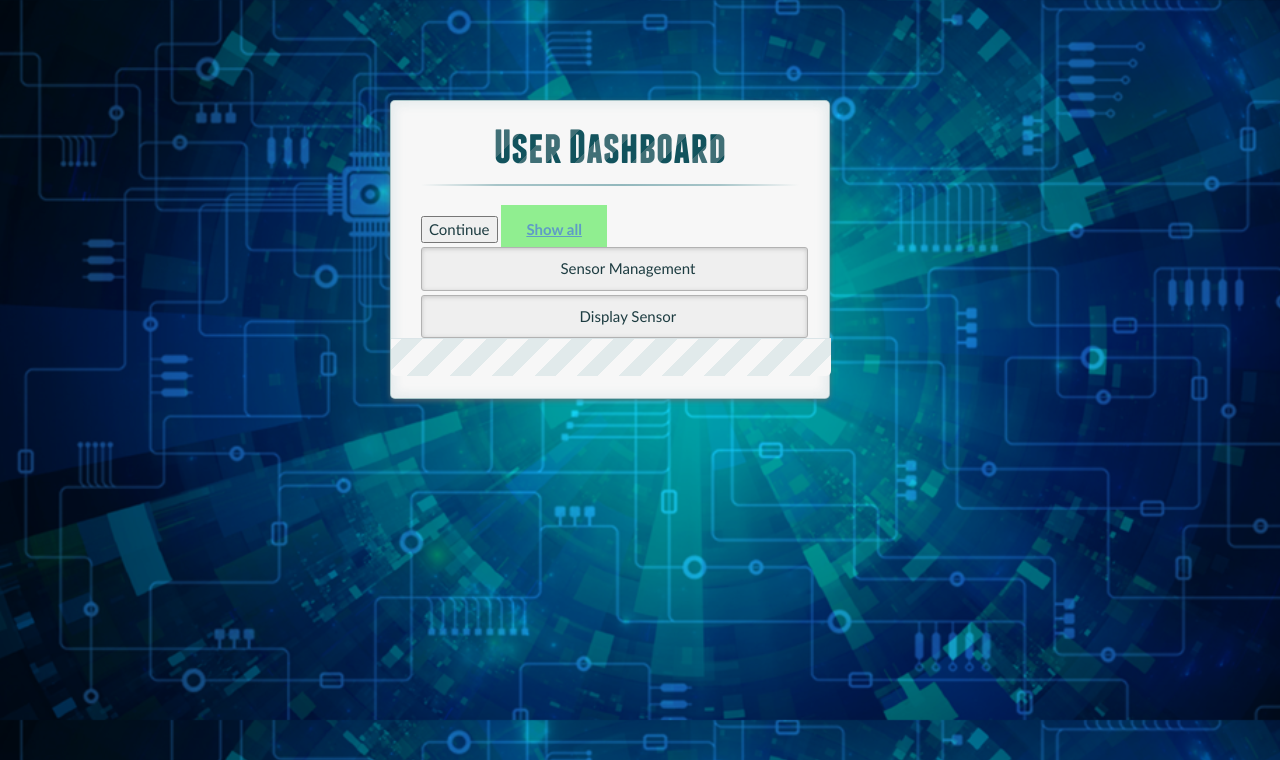
Repository: SharatNH/281mainproject
Page: sensorcloud/WebContent/menu.html
These files come from the project's save history. The page is drawn as it stood at one moment and after the next save; the edit follows.
The browser window is 1280 px wide. The pictures show the whole page.
Some web fonts or font styles are not loaded; a fallback is used.

Above is the page before, as saved 2016-05-17 20:35:34.

### sensorcloud/WebContent/menu.html
<!DOCTYPE html>
<html>
<head>
<meta charset="ISO-8859-1">
<title>Sensors</title>

       <!-- Bootstrap Core CSS -->
    <link rel="stylesheet" href="css/bootstrap.min.css" type="text/css">

    <!-- Custom Fonts -->
    <link href='http://fonts.googleapis.com/css?family=Open+Sans:300italic,400italic,600italic,700italic,800italic,400,300,600,700,800' rel='stylesheet' type='text/css'>
    <link href='http://fonts.googleapis.com/css?family=Merriweather:400,300,300italic,400italic,700,700italic,900,900italic' rel='stylesheet' type='text/css'>
    <link rel="stylesheet" href="font-awesome/css/font-awesome.min.css" type="text/css">
<link rel="stylesheet" href="css/creative.css" type="text/css">
        <link rel="stylesheet" type="text/css" href="css/demo.css" />
        <link rel="stylesheet" type="text/css" href="css/style.css" />
        <link rel="stylesheet" type="text/css" href="css/animate-custom.css" />
</head>
<body style="background-image:url('images/background.png');background-size: cover;">
<section>
    <div id="container_demo" >
        <div id="wrapper">
            <div id="login" class="animate form">
               <form  autocomplete="on" >
                    <h1>User Dashboard</h1>
                    <button onclick="window.location.href='/sensormanagement.html'">Continue</button>
       			<a href="sensormanagement.html"
		style="align: center; cursor: pointer; background-color: lightgreen; padding: 15px 25px;">
		<b>Show all</b>
	</a>
                    <input  type="submit" onClick="location.href='sensormanagement.html'" value="Sensor Management" class="login button" />
                    <input  type="submit"  name="display" value="Display Sensor" class="login button" />
                    <p class="change_link"></p>
                </form>
            </div>
        </div>
    </div>
</section>

</body>
<script type="text/javascript">





</script>
</html>

### sensorcloud/WebContent/css/demo.css
@font-face {
    font-family: 'BebasNeueRegular';
    src: url('fonts/BebasNeue-webfont.eot');
    src: url('fonts/BebasNeue-webfont.eot?#iefix') format('embedded-opentype'),
         url('fonts/BebasNeue-webfont.woff') format('woff'),
         url('fonts/BebasNeue-webfont.ttf') format('truetype'),
         url('fonts/BebasNeue-webfont.svg#BebasNeueRegular') format('svg');
    font-weight: normal;
    font-style: normal;
}
/* CSS reset */
body,div,dl,dt,dd,ul,ol,li,h1,h2,h3,h4,h5,h6,pre,form,fieldset,input,textarea,p,blockquote,th,td {
	margin:0;
	padding:0;
}
html,body {
	margin:0;
	padding:0;
	height: 100%;
}
table {
	border-collapse:collapse;
	border-spacing:0;
}
fieldset,img {
	border:0;
}
address,caption,cite,code,dfn,th,var {
	font-style:normal;
	font-weight:normal;
}
ol,ul {
	list-style:none;
}
caption,th {
	text-align:left;
}
h1,h2,h3,h4,h5,h6 {
	font-size:100%;
	font-weight:normal;
}
q:before,q:after {
	content:'';
}
abbr,acronym { border:0;
}
article, aside, details, figcaption, figure,
footer, header, hgroup, menu, nav, section {
	display: block;
}
/* General Demo Style */
body{
	font-family: Cambria, Palatino, "Palatino Linotype", "Palatino LT STD", Georgia, serif;
	background: #fff url(../images/bg.jpg) repeat top left;
	font-weight: 400;
	font-size: 15px;
	color: #1d3c41;
	overflow-y: scroll;
}
a{
	color: #333;
	text-decoration: none;
}
.container{
	width: 100%;
	height: 100%;
	position: relative;
	text-align: center;
}
.clr{
	clear: both;
}
.container > header{
	padding: 20px 30px 10px 30px;
	margin: 0px 20px 10px 20px;
	position: relative;
	display: block;
	text-shadow: 1px 1px 1px rgba(0,0,0,0.2);
    text-align: center;
}
.container > header h1{
	font-family: 'BebasNeueRegular', 'Arial Narrow', Arial, sans-serif;
	font-size: 35px;
	line-height: 35px;
	position: relative;
	font-weight: 400;
	color: rgba(26,89,120,0.9);
	text-shadow: 1px 1px 1px rgba(0,0,0,0.1);
    padding: 0px 0px 5px 0px;
}
.container > header h1 span{
	color: #7cbcd6;
	text-shadow: 0px 1px 1px rgba(255,255,255,0.8);
}
.container > header h2{
	font-size: 16px;
	font-style: italic;
	color: #2d6277;
	text-shadow: 0px 1px 1px rgba(255,255,255,0.8);
}
/* Header Style */
.codrops-top{
	line-height: 24px;
	font-size: 11px;
	background: rgba(255, 255, 255, 0.4);
	text-transform: uppercase;
	z-index: 9999;
	position: relative;
	box-shadow: 1px 0px 2px rgba(0,0,0,0.2);
}
.codrops-top a{
	padding: 0px 10px;
	letter-spacing: 1px;
	color: #333;
	text-shadow: 0px 1px 1px #fff;
	display: block;
	float: left;
}
.codrops-top a:hover{
	background: #fff;
}
.codrops-top span.right{
	float: right;
}
.codrops-top span.right a{
	float: left;
	display: block;
}

.codrops-demos{
	text-align:center;
	display: block;
	padding: 14px;
}
.codrops-demos span{
	display: inline-block;
	padding-right: 15px;
	text-shadow: 1px 1px 1px rgba(255, 255, 255, 0.8);
}
.codrops-demos a,
.codrops-demos a.current-demo,
.codrops-demos a.current-demo:hover{
    display: inline-block;
	font-style: italic;
	font-size: 12px;
	padding: 3px 5px;
	margin: 0px 3px;
	font-weight: 800;
	box-shadow: 1px 1px 1px rgba(0,0,0,0.05) inset;
	color: #fff;
	text-shadow: 1px 1px 1px rgba(0,0,0,0.1);
	background: rgba(104,171,194,0.5);
}
.codrops-demos a:hover{
	background: #4fa2c4;
}
.codrops-demos a.current-demo,
.codrops-demos a.current-demo:hover{
	color: rgba(104,171,194,1);
	background: rgba(255,255,255,0.9);
	box-shadow: 0px 1px 1px rgba(0,0,0,0.1);
}

### sensorcloud/WebContent/css/style.css
/* remove codrops styles and reset the whole thing */
#container_demo{
	 text-align: left;
	 margin: 0;
	 padding: 0;
	 margin: 0 auto;
	 font-family: "Trebuchet MS","Myriad Pro",Arial,sans-serif;
}

/** fonts used for the icons **/
@font-face {
    font-family: 'FontomasCustomRegular';
    src: url('fonts/fontomas-webfont.eot');
    src: url('fonts/fontomas-webfont.eot?#iefix') format('embedded-opentype'),
         url('fonts/fontomas-webfont.woff') format('woff'),
         url('fonts/fontomas-webfont.ttf') format('truetype'),
         url('fonts/fontomas-webfont.svg#FontomasCustomRegular') format('svg');
    font-weight: normal;
    font-style: normal;
}
@font-face {
    font-family: 'FranchiseRegular';
    src: url('fonts/franchise-bold-webfont.eot');
    src: url('fonts/franchise-bold-webfont.eot?#iefix') format('embedded-opentype'),
         url('fonts/franchise-bold-webfont.woff') format('woff'),
         url('fonts/franchise-bold-webfont.ttf') format('truetype'),
         url('fonts/franchise-bold-webfont.svg#FranchiseRegular') format('svg');
    font-weight: normal;
    font-style: normal;

}
a.hiddenanchor{
	display: none;
}
/** The wrapper that will contain our two forms **/
#wrapper{
	width: 60%;
	right: 0px;
	min-height: 560px;
	margin: 0px auto;
	width: 500px;
	position: relative;
}
/**** Styling the form elements **/

/**** general text styling ****/
#wrapper a{
	color: rgb(95, 155, 198);
	text-decoration: underline;
}

#wrapper h1,h3{
	font-size: 48px;
	color: rgb(6, 106, 117);
	padding: 2px 0 10px 0;
	font-family: 'FranchiseRegular','Arial Narrow',Arial,sans-serif;
	font-weight: bold;
	text-align: center;
	padding-bottom: 30px;
}
/** For the moment only webkit supports the background-clip:text; */
#wrapper h1,h3{
    background: -webkit-repeating-linear-gradient(-45deg,
	rgb(18, 83, 93) ,
	rgb(18, 83, 93) 20px,
	rgb(64, 111, 118) 20px,
	rgb(64, 111, 118) 40px,
	rgb(18, 83, 93) 40px);
	-webkit-text-fill-color: transparent;
	-webkit-background-clip: text;
}
#wrapper h1:after{
	content: ' ';
	display: block;
	width: 100%;
	height: 2px;
	margin-top: 10px;
	background: -moz-linear-gradient(left, rgba(147,184,189,0) 0%, rgba(147,184,189,0.8) 20%, rgba(147,184,189,1) 53%, rgba(147,184,189,0.8) 79%, rgba(147,184,189,0) 100%);
	background: -webkit-gradient(linear, left top, right top, color-stop(0%,rgba(147,184,189,0)), color-stop(20%,rgba(147,184,189,0.8)), color-stop(53%,rgba(147,184,189,1)), color-stop(79%,rgba(147,184,189,0.8)), color-stop(100%,rgba(147,184,189,0)));
	background: -webkit-linear-gradient(left, rgba(147,184,189,0) 0%,rgba(147,184,189,0.8) 20%,rgba(147,184,189,1) 53%,rgba(147,184,189,0.8) 79%,rgba(147,184,189,0) 100%);
	background: -o-linear-gradient(left, rgba(147,184,189,0) 0%,rgba(147,184,189,0.8) 20%,rgba(147,184,189,1) 53%,rgba(147,184,189,0.8) 79%,rgba(147,184,189,0) 100%);
	background: -ms-linear-gradient(left, rgba(147,184,189,0) 0%,rgba(147,184,189,0.8) 20%,rgba(147,184,189,1) 53%,rgba(147,184,189,0.8) 79%,rgba(147,184,189,0) 100%);
	background: linear-gradient(left, rgba(147,184,189,0) 0%,rgba(147,184,189,0.8) 20%,rgba(147,184,189,1) 53%,rgba(147,184,189,0.8) 79%,rgba(147,184,189,0) 100%);
}

#wrapper p{
	margin-bottom:15px;
}
#wrapper p:first-child{
	margin: 0px;
}
#wrapper label{
	color: rgb(64, 92, 96);
	position: relative;
}

/**** advanced input styling ****/
/* placeholder */
::-webkit-input-placeholder  {
	color: rgb(190, 188, 188);
	font-style: italic;
}
input:-moz-placeholder,
textarea:-moz-placeholder{
	color: rgb(190, 188, 188);
	font-style: italic;
}
input {
  outline: none;
}

/* all the input except submit and checkbox */
#wrapper input:not([type="checkbox"]){
	width: 92%;
	margin-top: 4px;
	padding: 10px 5px 10px 32px;
	border: 1px solid rgb(178, 178, 178);
	-webkit-appearance: textfield;
	-webkit-box-sizing: content-box;
	  -moz-box-sizing : content-box;
	       box-sizing : content-box;
	-webkit-border-radius: 3px;
	   -moz-border-radius: 3px;
	        border-radius: 3px;
	-webkit-box-shadow: 0px 1px 4px 0px rgba(168, 168, 168, 0.6) inset;
	   -moz-box-shadow: 0px 1px 4px 0px rgba(168, 168, 168, 0.6) inset;
	        box-shadow: 0px 1px 4px 0px rgba(168, 168, 168, 0.6) inset;
	-webkit-transition: all 0.2s linear;
	   -moz-transition: all 0.2s linear;
	     -o-transition: all 0.2s linear;
	        transition: all 0.2s linear;
}
#wrapper input:not([type="checkbox"]):active,
#wrapper input:not([type="checkbox"]):focus{
	border: 1px solid rgba(91, 90, 90, 0.7);
	background: rgba(238, 236, 240, 0.2);
	-webkit-box-shadow: 0px 1px 4px 0px rgba(168, 168, 168, 0.9) inset;
	   -moz-box-shadow: 0px 1px 4px 0px rgba(168, 168, 168, 0.9) inset;
	        box-shadow: 0px 1px 4px 0px rgba(168, 168, 168, 0.9) inset;
}

/** the magic icon trick ! **/
[data-icon]:after {
    content: attr(data-icon);
    font-family: 'FontomasCustomRegular';
    color: rgb(106, 159, 171);
    position: absolute;
    left: 10px;
    top: 35px;
	width: 30px;
}

/*styling both submit buttons */
#wrapper p.button input{
	    position: relative;
    left: 250px;
	width: 30%;
	cursor: pointer;
	background: rgb(61, 157, 179);
	padding: 8px 5px;
	font-family: 'BebasNeueRegular','Arial Narrow',Arial,sans-serif;
	color: #fff;
	font-size: 24px;
	border: 1px solid rgb(28, 108, 122);
	margin-bottom: 10px;
	text-shadow: 0 1px 1px rgba(0, 0, 0, 0.5);
	-webkit-border-radius: 3px;
	   -moz-border-radius: 3px;
	        border-radius: 3px;
	-webkit-box-shadow: 0px 1px 6px 4px rgba(0, 0, 0, 0.07) inset,
	        0px 0px 0px 3px rgb(254, 254, 254),
	        0px 5px 3px 3px rgb(210, 210, 210);
	   -moz-box-shadow:0px 1px 6px 4px rgba(0, 0, 0, 0.07) inset,
	        0px 0px 0px 3px rgb(254, 254, 254),
	        0px 5px 3px 3px rgb(210, 210, 210);
	        box-shadow:0px 1px 6px 4px rgba(0, 0, 0, 0.07) inset,
	        0px 0px 0px 3px rgb(254, 254, 254),
	        0px 5px 3px 3px rgb(210, 210, 210);
	-webkit-transition: all 0.2s linear;
	   -moz-transition: all 0.2s linear;
	     -o-transition: all 0.2s linear;
	        transition: all 0.2s linear;
}
#wrapper p.button input:hover{
	background: rgb(74, 179, 198);
}
#wrapper p.button input:active,
#wrapper p.button input:focus{
	background: rgb(40, 137, 154);
	position: relative;
	top: 1px;
	border: 1px solid rgb(12, 76, 87);
	-webkit-box-shadow: 0px 1px 6px 4px rgba(0, 0, 0, 0.2) inset;
	   -moz-box-shadow: 0px 1px 6px 4px rgba(0, 0, 0, 0.2) inset;
	        box-shadow: 0px 1px 6px 4px rgba(0, 0, 0, 0.2) inset;
}
p.add.button,
p.signin.button{
	text-align: right;
	margin: 5px 0;
}




/*styling the links to change from one form to another */

p.change_link{
	position: absolute;
	color: rgb(127, 124, 124);
	left: 0px;
	height: 20px;
	width: 440px;
	padding: 17px 30px 20px 30px;
	font-size: 16px	;
	text-align: right;
	border-top: 1px solid rgb(219, 229, 232);
	-webkit-border-radius: 0 0  5px 5px;
	   -moz-border-radius: 0 0  5px 5px;
	        border-radius: 0 0  5px 5px;
	background: rgb(225, 234, 235);
	background: -moz-repeating-linear-gradient(-45deg,
	rgb(247, 247, 247) ,
	rgb(247, 247, 247) 15px,
	rgb(225, 234, 235) 15px,
	rgb(225, 234, 235) 30px,
	rgb(247, 247, 247) 30px
	);
	background: -webkit-repeating-linear-gradient(-45deg,
	rgb(247, 247, 247) ,
	rgb(247, 247, 247) 15px,
	rgb(225, 234, 235) 15px,
	rgb(225, 234, 235) 30px,
	rgb(247, 247, 247) 30px
	);
	background: -o-repeating-linear-gradient(-45deg,
	rgb(247, 247, 247) ,
	rgb(247, 247, 247) 15px,
	rgb(225, 234, 235) 15px,
	rgb(225, 234, 235) 30px,
	rgb(247, 247, 247) 30px
	);
	background: repeating-linear-gradient(-45deg,
	rgb(247, 247, 247) ,
	rgb(247, 247, 247) 15px,
	rgb(225, 234, 235) 15px,
	rgb(225, 234, 235) 30px,
	rgb(247, 247, 247) 30px
	);
}
#wrapper p.change_link a {
	display: inline-block;
	font-weight: bold;
	background: rgb(247, 248, 241);
	padding: 2px 6px;
	color: rgb(29, 162, 193);
	margin-left: 10px;
	text-decoration: none;
	-webkit-border-radius: 4px;
	-moz-border-radius: 4px;
	border-radius: 4px;
	border: 1px solid rgb(203, 213, 214);
	-webkit-transition: all 0.4s linear;
	-moz-transition: all 0.4s  linear;
	-o-transition: all 0.4s linear;
	-ms-transition: all 0.4s  linear;
	transition: all 0.4s  linear;
}
#wrapper p.change_link a:hover {
	color: rgb(57, 191, 215);
	background: rgb(247, 247, 247);
	border: 1px solid rgb(74, 179, 198);
}
#wrapper p.change_link a:active{
	position: relative;
	top: 1px;
}
/** Styling both forms **/
#register,
#login{
	position: absolute;
	top: 0px;
	width: 88%;
	padding: 18px 6% 60px 6%;
	margin: 0 0 35px 0;
	background: rgb(247, 247, 247);
	border: 1px solid rgba(147, 184, 189,0.8);
	-webkit-box-shadow: 0pt 2px 5px rgba(105, 108, 109,  0.7),	0px 0px 8px 5px rgba(208, 223, 226, 0.4) inset;
	   -moz-box-shadow: 0pt 2px 5px rgba(105, 108, 109,  0.7),	0px 0px 8px 5px rgba(208, 223, 226, 0.4) inset;
	        box-shadow: 0pt 2px 5px rgba(105, 108, 109,  0.7),	0px 0px 8px 5px rgba(208, 223, 226, 0.4) inset;
	-webkit-box-shadow: 5px;
	-moz-border-radius: 5px;
		 border-radius: 5px;
}
#register{
	z-index: 21;
	opacity: 0;
}
#login{
	z-index: 22;
}


.animate{
	-webkit-animation-duration: 0.5s;
	-webkit-animation-timing-function: ease;
	-webkit-animation-fill-mode: both;

	-moz-animation-duration: 0.5s;
	-moz-animation-timing-function: ease;
	-moz-animation-fill-mode: both;

	-o-animation-duration: 0.5s;
	-o-animation-timing-function: ease;
	-o-animation-fill-mode: both;

	-ms-animation-duration: 0.5s;
	-ms-animation-timing-function: ease;
	-ms-animation-fill-mode: both;

	animation-duration: 0.5s;
	animation-timing-function: ease;
	animation-fill-mode: both;
}

/** yerk some ugly IE fixes 'cause I know someone will ask "why does it look ugly in IE?", no matter how many warnings I will put in the article */

.lt8 #wrapper input{
	padding: 10px 5px 10px 32px;
    width: 92%;
}
.lt8 #wrapper input[type=checkbox]{
	width: 10px;
	padding: 0;
}
.lt8 #wrapper h1{
	color: #066A75;
}
.lt8 #register{
	display: none;
}
.lt8 p.change_link,
.ie9 p.change_link{
	position: absolute;
	height: 90px;
	background: transparent;
}

Loaded but not shown: sensorcloud/WebContent/css/bootstrap.min.css (library); sensorcloud/WebContent/font-awesome/css/font-awesome.min.css (library); sensorcloud/WebContent/css/creative.css (common file); sensorcloud/WebContent/css/animate-custom.css (library)

After the next save:
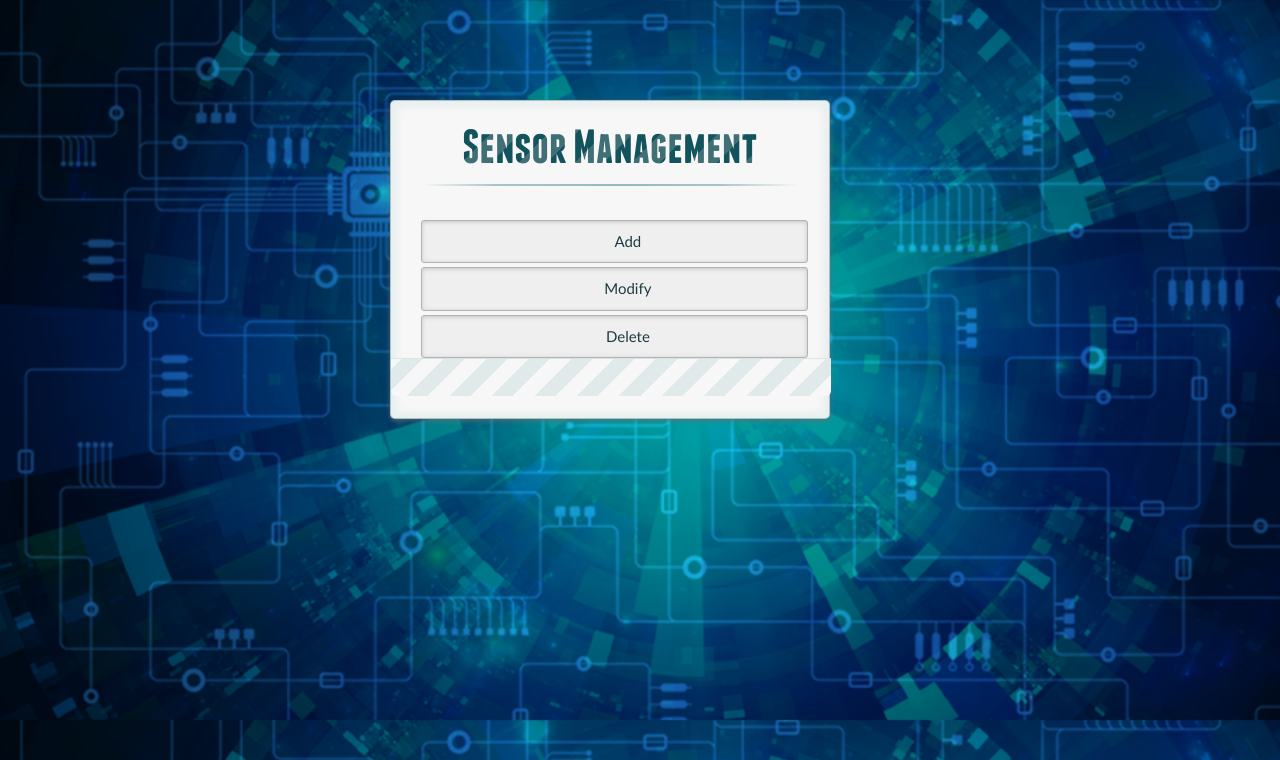
Saved 11 min 29 s later.
--- a/sensorcloud/WebContent/menu.html
+++ b/sensorcloud/WebContent/menu.html
@@ -21,15 +21,11 @@
     <div id="container_demo" >
         <div id="wrapper">
             <div id="login" class="animate form">
-               <form  autocomplete="on" >
-                    <h1>User Dashboard</h1>
-                    <button onclick="window.location.href='/sensormanagement.html'">Continue</button>
-       			<a href="sensormanagement.html"
-		style="align: center; cursor: pointer; background-color: lightgreen; padding: 15px 25px;">
-		<b>Show all</b>
-	</a>
-                    <input  type="submit" onClick="location.href='sensormanagement.html'" value="Sensor Management" class="login button" />
-                    <input  type="submit"  name="display" value="Display Sensor" class="login button" />
+               <form  id="myform" autocomplete="on" method="post">
+                    <h1>Sensor Management</h1>
+                    <input  type="submit" value="Add"  onclick="document.forms['myform'].action='sensor.html'" />
+                    <input  type="submit" value="Modify" onclick="document.forms['myform'].action='index.html'"/>
+                    <input  type="submit" value="Delete" onclick="document.forms['myform'].action='Displaysensor.html'"/>
                     <p class="change_link"></p>
                 </form>
             </div>
